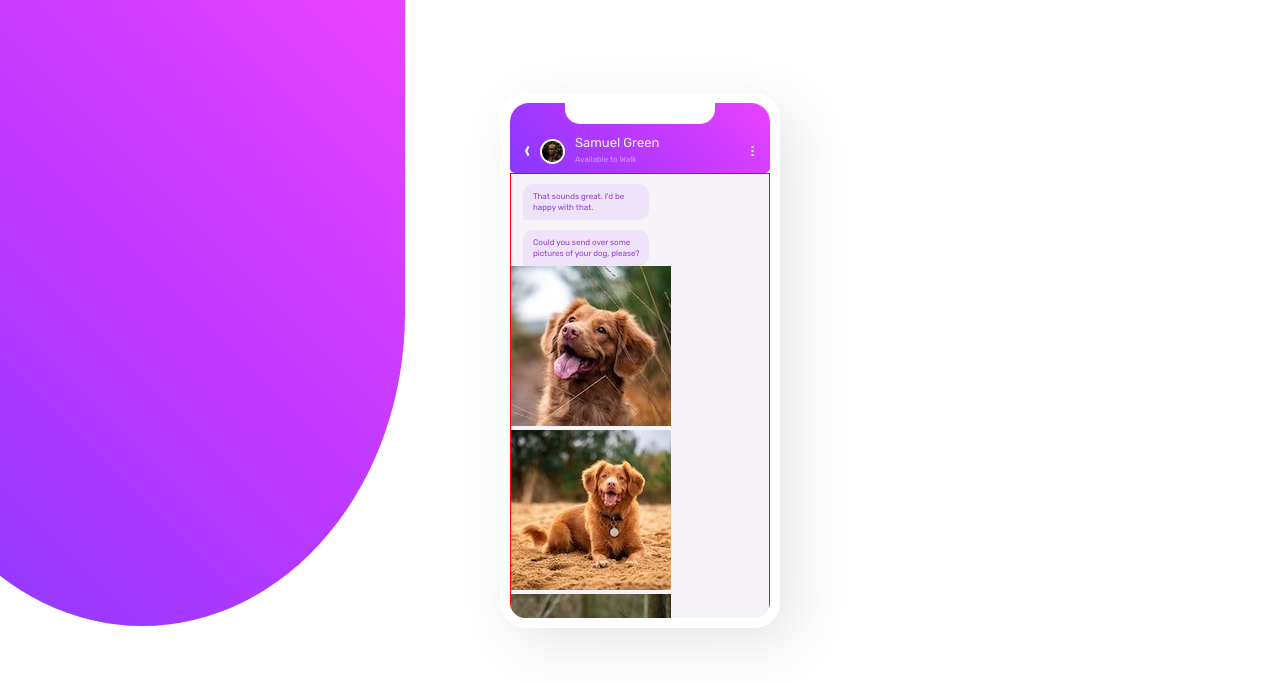
Repository: KamoliddinGIT/chat-app-css-illustration
Page: index.html
These files come from the project's save history. The page is drawn as it stood at one moment and after the next save; the edit follows.
The browser window is 1280 px wide. The pictures show the whole page.

Above is the page before, as saved 2023-09-25 18:15:17.

### index.html
<!DOCTYPE html>
<html lang="en">
  <head>
    <meta charset="UTF-8" />
    <meta http-equiv="X-UA-Compatible" content="IE=edge" />
    <meta name="viewport" content="width=device-width, initial-scale=1.0" />
    <link
      rel="icon"
      type="image/png"
      sizes="32x32"
      href="./images/favicon-32x32.png"
    />
    <link
      href="https://fonts.googleapis.com/css2?family=Rubik:wght@400;500;700&display=swap"
      rel="stylesheet"
    />
    <link rel="stylesheet" href="./css/style.css" />
    <title>Chat App CSS Illustration</title>
  </head>
  <body>
    <div class="container">
      <div class="bg"></div>
      <div class="card">
        <div class="header">
          <div class="cam"></div>
          <div class="header_contents">
            <div class="header-left-side">
              <img
                src="./images/arrow.svg"
                alt="left_arrow"
                class="back_icon"
              />
              <img class="avatar" src="./images/avatar.jpg" alt="avatar" />
              <h2>
                Samuel Green <br />
                <span>Available to Walk </span>
              </h2>
            </div>
            <img src="./images/menu.svg" alt="menu" class="menu" />
          </div>
        </div>
        <div class="card-messages">
          <div class="receive-message">
            That sounds great. I'd be happy with that.
          </div>
          <div class="receive-message">
            Could you send over some pictures of your dog, please?
          </div>
          <div class="sent-photo">
            <img src="./images/dog-image-1.jpg" alt="dog1" />
            <img src="./images/dog-image-2.jpg" alt="dog2" />
            <img src="./images/dog-image-3.jpg" alt="dog3" />
          </div>
        </div>
      </div>
    </div>
  </body>
</html>

### css/style.css
* {
  margin: 0;
  padding: 0;
  box-sizing: border-box;
}

.container {
  width: 100%;
  height: 100vh;
  display: flex;
  justify-content: center;
  align-items: center;
  background-color: white;
  font-family: "Rubik", sans-serif;
}

.bg {
  width: 525px;
  height: 87%;
  left: -120px;
  top: 0;
  position: absolute;
  background-image: linear-gradient(
    45deg,
    hsl(264deg 100% 61%) 0%,
    hsl(280deg 100% 61%) 50%,
    hsl(293deg 100% 63%) 100%
  );
  border-radius: 0 0 50% 50%;
}

.card {
  z-index: 99;
  width: 280px;
  height: 535px;
  border-radius: 1.6rem;
  background-color: hsl(270, 20%, 96%);
  border: 10px solid white;
  box-shadow: 1rem 1rem 3.5rem rgba(0, 0, 0, 0.1);
  overflow: hidden;
}

.header {
  display: flex;
  justify-content: center;
  align-items: center;
  color: white;
  position: relative;
  width: 100%;
  height: 70px;
  border-radius: 1.2rem 1.2rem 5px 5px;
  display: flex;
  flex-direction: column;
  align-items: center;
  background-image: linear-gradient(
    45deg,
    hsl(264deg 100% 61%) 0%,
    hsl(280deg 100% 61%) 50%,
    hsl(293deg 100% 63%) 100%
  );
}

.cam {
  width: 150px;
  height: 22px;
  top: 0;
  background-color: white;
  border-radius: 0 0 15px 15px;
  position: absolute;
  margin: -1px auto 0 auto;
}

.back_icon {
  width: 5px;
  height: 18px;
  cursor: pointer;
}

.header_contents {
  margin-top: 27px;
  width: 100%;
  height: 15px;
  display: flex;
  align-items: center;
  justify-content: space-between;
  padding: 15px;
}

.header-left-side {
  width: 164px;
  height: 29px;
  display: flex;
  align-items: center;
  gap: 10px;
}

.avatar {
  width: 25px;
  height: 25px;
  object-fit: fill;
  border-radius: 50%;
  border: 2px solid white;
}

.header-left-side h2 {
  font-size: 13px;
  font-weight: 400;
  padding-bottom: 3px;
  color: hsl(270, 20%, 96%);
}

.header-left-side h2 span {
  font-size: 8px;
  font-weight: 400;
  opacity: 0.5;
  color: hsl(270, 20%, 96%);
}

.menu {
  cursor: pointer;
  width: 5px;
}

.card-messages {
  display: flex;
  flex-direction: column;
  width: 260px;
  height: 446px;
  border: 1px solid red;
}

.receive-message {
  width: 126px;
  height: 36px;
  background-color: hsla(276, 100%, 81%, 0.2);
  padding: 7px 5px 7px 10px;
  border-radius: 10px 10px 10px 2px;
  margin: 10px 0 0 12px;
  font-size: 8px;
  line-height: 11px;
  color: hsl(276, 55%, 52%);
}

After the next save:
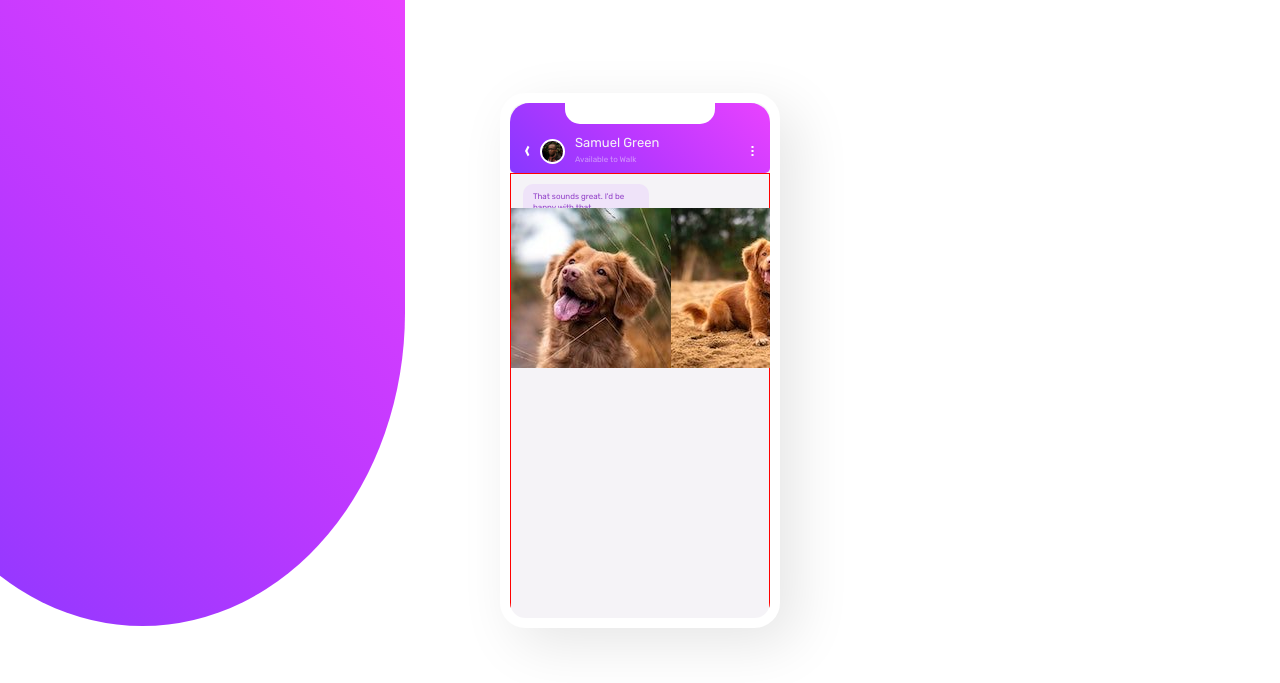
Saved 25 s later.
--- a/css/style.css
+++ b/css/style.css
@@ -140,3 +140,10 @@
   line-height: 11px;
   color: hsl(276, 55%, 52%);
 }
+
+.sent-photo {
+  width: 142px;
+  height: 44px;
+  display: flex;
+  align-items: center;
+}
